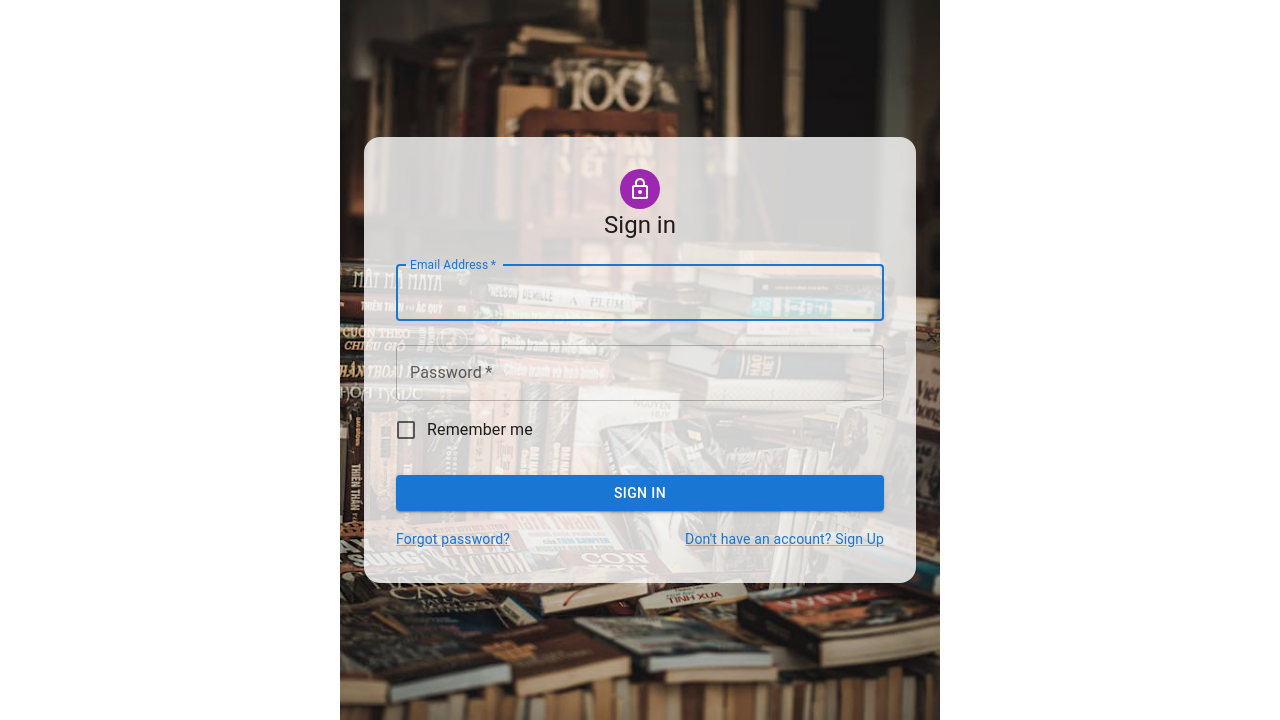
Repository: Milith97/Book-Borrowing-System
Page: /
An editor plug-in stored every save of this project. The page is shown before and after the next save, followed by the edit.
The browser window is 1280 px wide. The pictures show the whole page.
The project was rebuilt for these pictures with package versions that can differ from the ones it lists, and the page was loaded fresh each time. Also part of the build but not shown: vite.config.js, src/Componnts/SignUp.jsx, src/index.css.

Above is the page before, as saved 2024-03-25 13:42:38.

### src/App.jsx
import React from 'react';
import { BrowserRouter as Router, Route, Routes, Navigate } from 'react-router-dom';
import SignIn from './Componnts/SignIn';
import SignUp from './Componnts/SignUp';

function App() {
  return (
    <Router>
      <Routes>
        <Route path="/" element={<Navigate replace to="/signin" />} />
        <Route path="/signin" element={<SignIn />} />
        <Route path="/signup" element={<SignUp />} />
        {/* Redirects any other path to /signin */}
        <Route path="*" element={<Navigate replace to="/signin" />} />
      </Routes>
    </Router>
  );
}

export default App;

### src/Componnts/SignIn.jsx
import React from 'react';
import { Link as RouterLink } from 'react-router-dom';
import Avatar from '@mui/material/Avatar';
import Button from '@mui/material/Button';
import CssBaseline from '@mui/material/CssBaseline';
import TextField from '@mui/material/TextField';
import FormControlLabel from '@mui/material/FormControlLabel';
import Checkbox from '@mui/material/Checkbox';
import Link from '@mui/material/Link';
import Grid from '@mui/material/Grid';
import Box from '@mui/material/Box';
import LockOutlinedIcon from '@mui/icons-material/LockOutlined';
import Typography from '@mui/material/Typography';
import Container from '@mui/material/Container';
import { createTheme, ThemeProvider } from '@mui/material/styles';

// Import your image
import signInImage from '../assets/img/signin.jpg';

const defaultTheme = createTheme();

export default function SignIn() {
  return (
    <ThemeProvider theme={defaultTheme}>
      <Container
        component="main"
        maxWidth="sm"
        sx={{
          backgroundImage: `url(${signInImage})`,
          backgroundSize: 'cover',
          backgroundPosition: 'center',
          minHeight: '100vh',
          minWidth: '10vh',
          display: 'flex',
          alignItems: 'center',
          justifyContent: 'center',
        }}
      >
        <CssBaseline />
        <Box sx={{ bgcolor: 'rgba(255, 255, 255, 0.8)', p: 4, borderRadius: 4, minWidth: 300 }}>
          <Avatar sx={{ m: 1, bgcolor: 'secondary.main', margin: 'auto' }}>
            <LockOutlinedIcon />
          </Avatar>
          <Typography component="h1" variant="h5" align="center">
            Sign in
          </Typography>
          <Box component="form" noValidate sx={{ mt: 1 }}>
            <TextField
              margin="normal"
              required
              fullWidth
              id="email"
              label="Email Address"
              name="email"
              autoComplete="email"
              autoFocus
            />
            <TextField
              margin="normal"
              required
              fullWidth
              name="password"
              label="Password"
              type="password"
              id="password"
              autoComplete="current-password"
            />
            <FormControlLabel
              control={<Checkbox value="remember" color="primary" />}
              label="Remember me"
            />
            <Button
              type="submit"
              fullWidth
              variant="contained"
              sx={{ mt: 3, mb: 2 }}
            >
              Sign In
            </Button>
            <Grid container>
              <Grid item xs>
                <Link component={RouterLink} to="#" variant="body2">
                  Forgot password?
                </Link>
              </Grid>
              <Grid item>
                <Link component={RouterLink} to="/signup" variant="body2">
                  {"Don't have an account? Sign Up"}
                </Link>
              </Grid>
            </Grid>
          </Box>
        </Box>
      </Container>
    </ThemeProvider>
  );
}

Loaded but not shown: index.html (common file); src/main.jsx (common file)

After the next save:
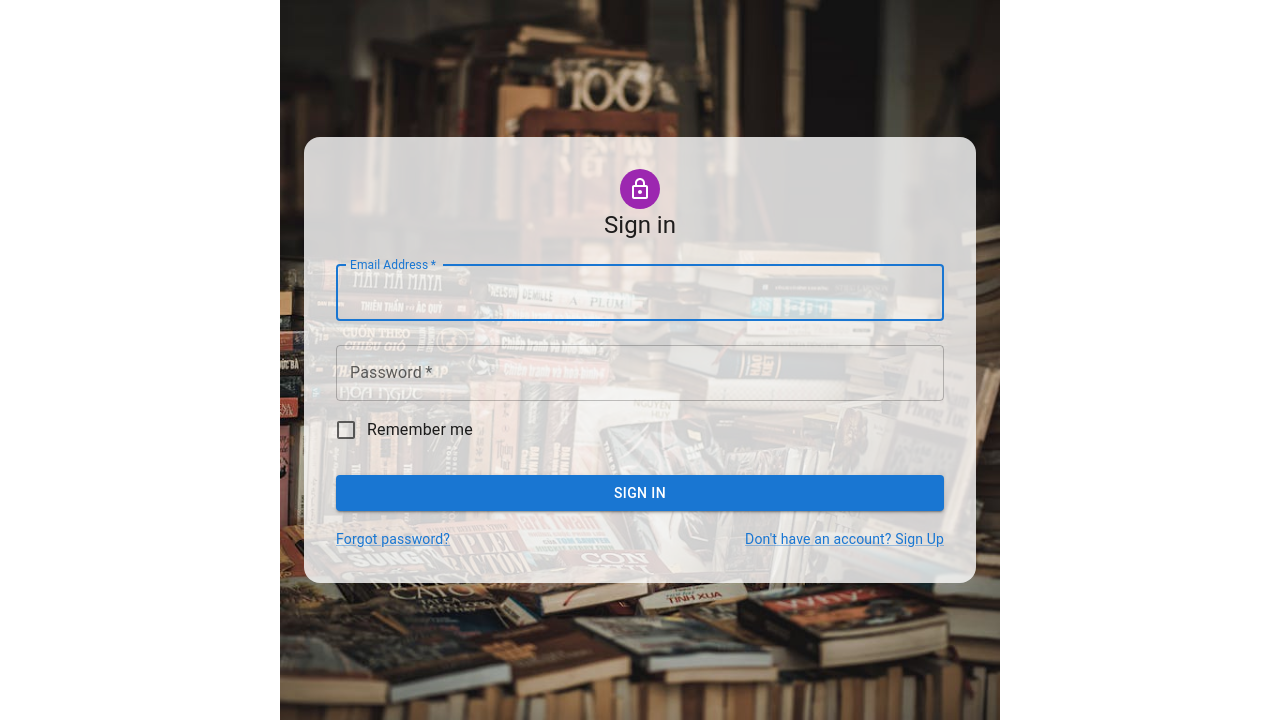
Saved 8 s later.
--- a/src/Componnts/SignIn.jsx
+++ b/src/Componnts/SignIn.jsx
@@ -30,7 +30,7 @@
           backgroundSize: 'cover',
           backgroundPosition: 'center',
           minHeight: '100vh',
-          minWidth: '10vh',
+          minWidth: '100vh',
           display: 'flex',
           alignItems: 'center',
           justifyContent: 'center',
